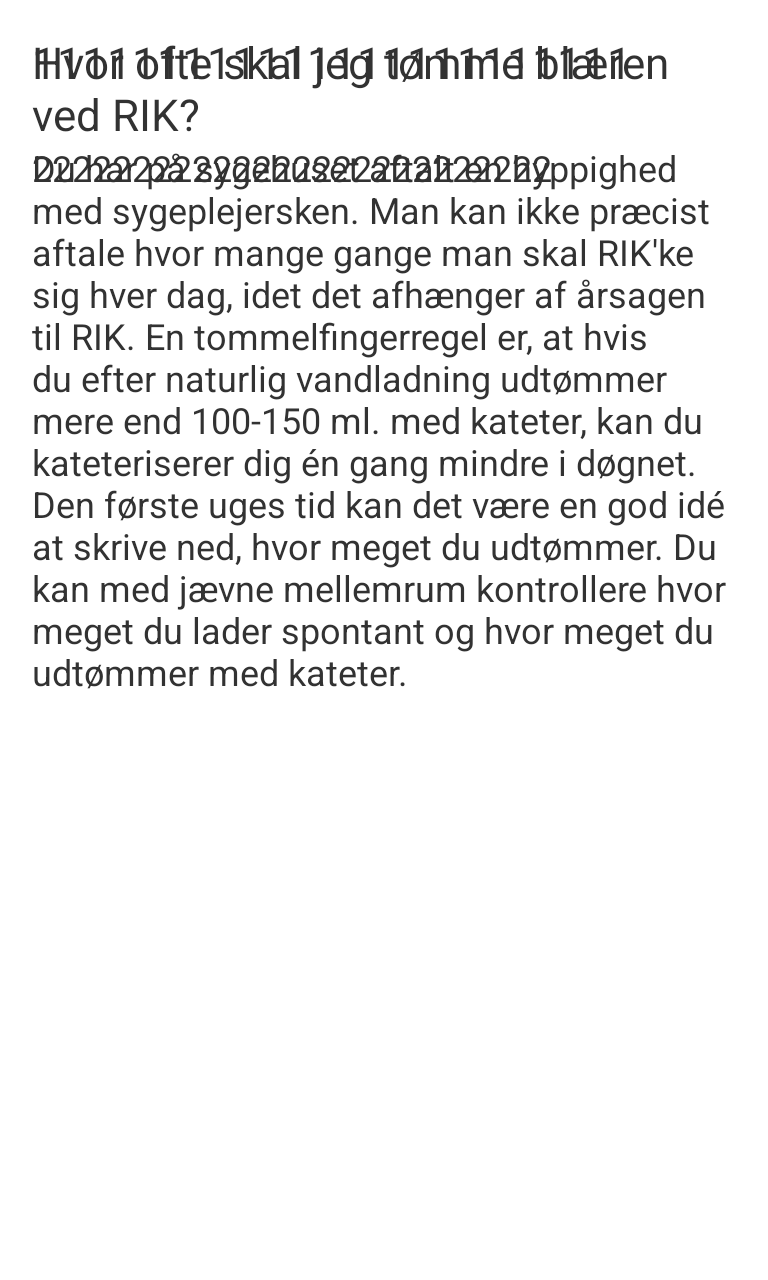
Repository: KingApollo/RIKapp2
Layout: RIKapp/res/layout/activity_information.xml
These files come from the project's save history. The layout is drawn as it stood at one moment and after the next save; the edit follows.
It is drawn on a 768 x 1280 px phone screen (xhdpi) without system bars, with theme android:Theme.Light.NoTitleBar; the app's code is not run.

Above is the layout before, as saved 2014-10-10 09:01:24.

After the next save:
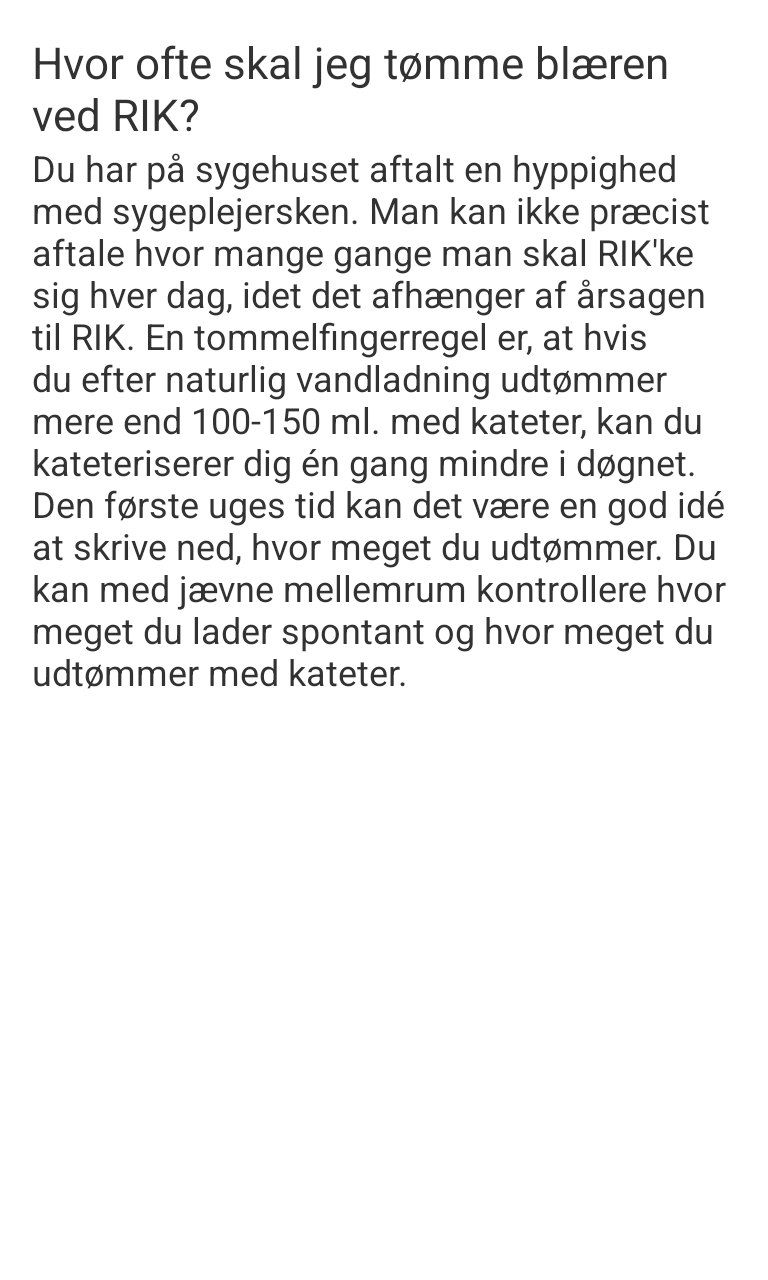
Saved 5 min 56 s later.
--- a/RIKapp/res/layout/activity_information.xml
+++ b/RIKapp/res/layout/activity_information.xml
@@ -33,24 +33,6 @@
     android:text="@string/howOftenAnswer"
     android:textSize="18sp" />
 
-    <!-- Clickable title -->
-<TextView   android:id="@+id/tvTestQuestion"
-            android:text="@string/test1"
-            android:textSize="22sp"
-            android:clickable="true"
-            android:onClick="toggle_contents"
-            android:layout_width="wrap_content"
-            android:layout_height="wrap_content"/>
 
-<!--content to hide/show -->
-
-<TextView
-    android:id="@+id/tvTestAnswer"
-    android:layout_width="wrap_content"
-    android:layout_height="wrap_content"
-    android:layout_alignLeft="@+id/tvHowOftenQuestion"
-    android:layout_below="@+id/tvHowOftenQuestion"
-    android:text="@string/test2"
-    android:textSize="18sp" />
 
 </RelativeLayout>
